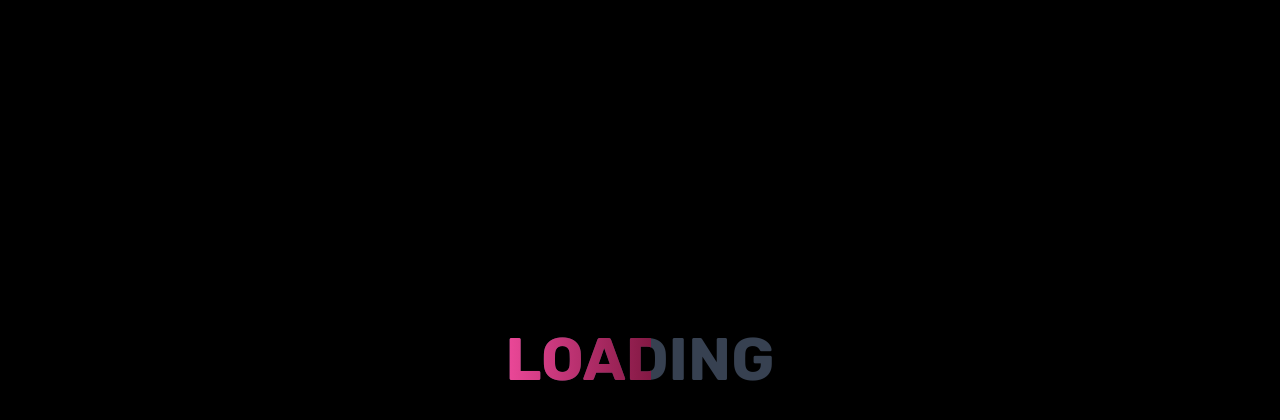
Repository: Shenixo/QuizApp
Page: /
The author's editor kept a copy of each file at every save. The page is drawn from the files as they stood at one save, then again after the next save.
The browser window is 1280 px wide. The pictures show the whole page.
The page's requests for data from a server got no answer. The project was rebuilt for these pictures with package versions that can differ from the ones it lists, and the page was loaded fresh each time. No one was signed in, and anything a server would have sent is missing. Also part of the build but not shown: vite.config.js.

Above is the page before, as saved 2025-03-31 21:53:34.

After the next save:
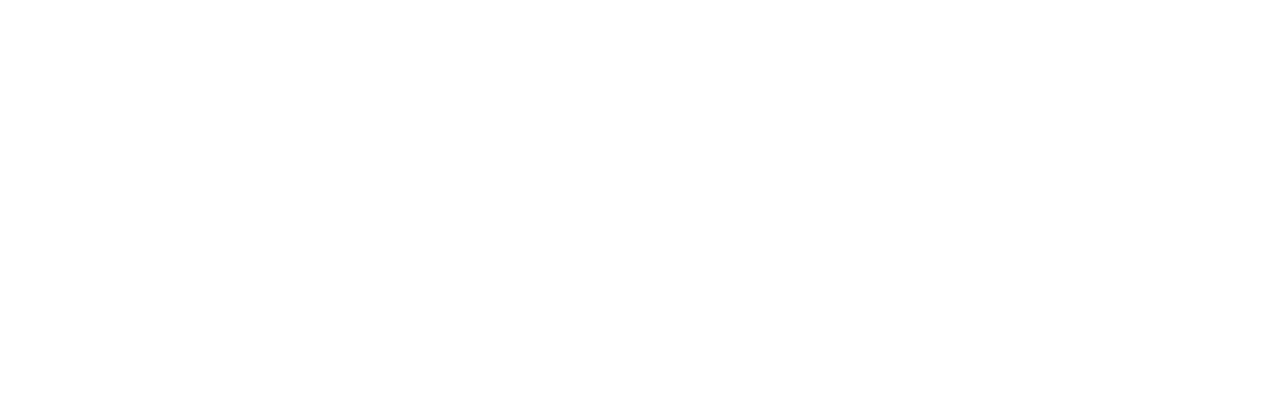
Console error: ReferenceError: P is not defined
Saved 6 s later.
--- a/src/Pages/Progress/Progress.jsx
+++ b/src/Pages/Progress/Progress.jsx
@@ -36,4 +36,4 @@
   );
 };
 
-export default LoadingText;
+export default P;

After the 2 saves that followed:
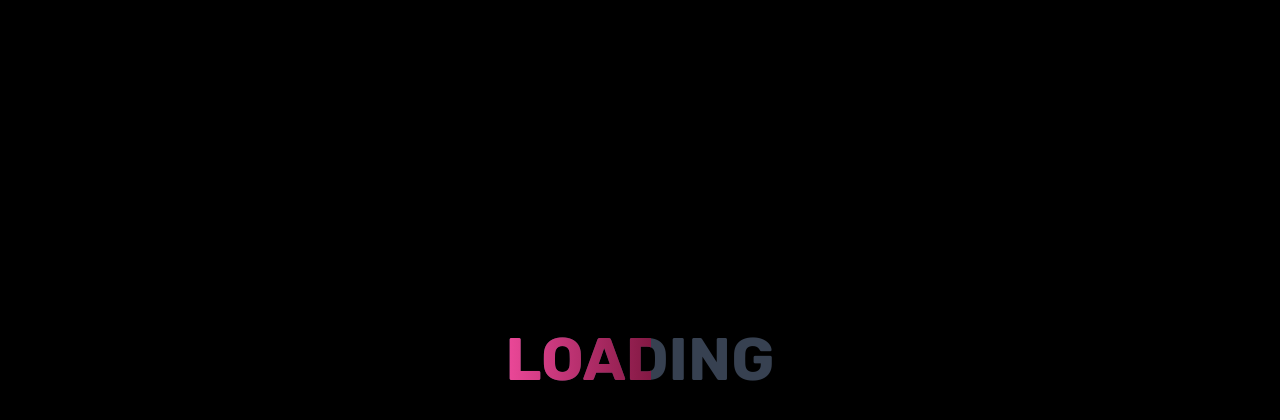
The error is gone.
The 2 saves are shown as one change because 1 left the picture as it was.
The last was saved 11 s later.
--- a/src/Pages/Progress/Progress.jsx
+++ b/src/Pages/Progress/Progress.jsx
@@ -3,7 +3,7 @@
 import { useNavigate } from "react-router-dom";
 
 
-const LoadingText = () => {
+const Progress = () => {
   const [count, setCount] = React.useState(0);
 
   React.useEffect(() => {
@@ -36,4 +36,4 @@
   );
 };
 
-export default P;
+export default Progress;
